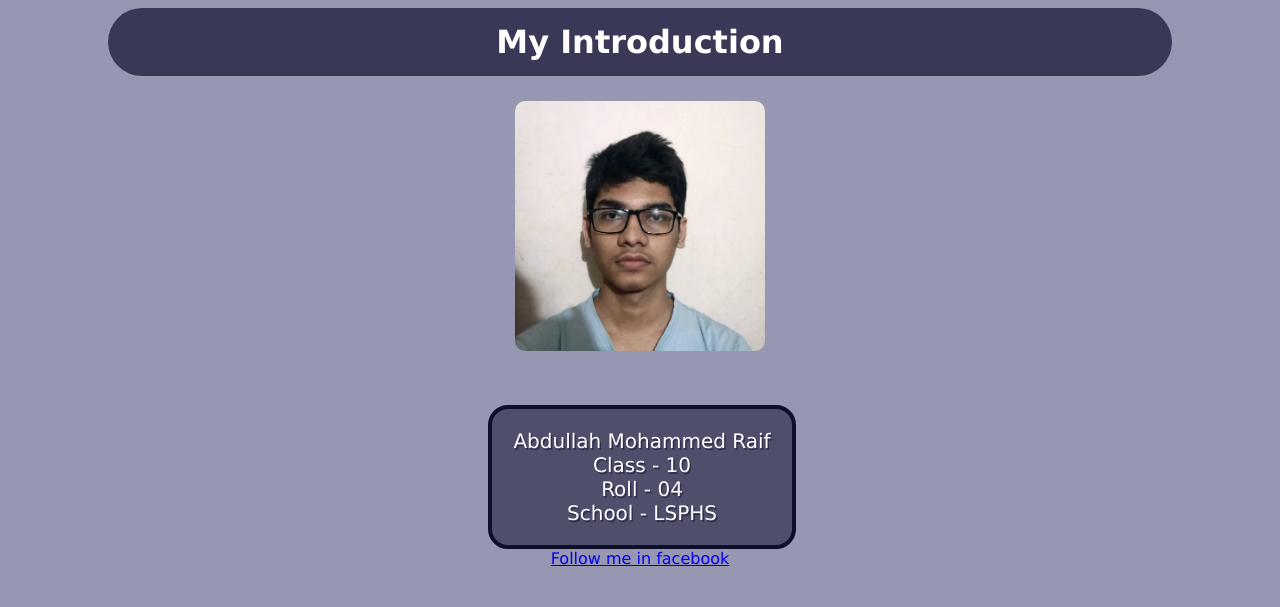
Repository: Raif-007/Portfolio
Page: index.html
These files come from the project's save history. The page is drawn as it stood at one moment and after the next save; the edit follows.
The browser window is 1280 px wide. The pictures show the whole page.

Above is the page before, as saved 2021-07-05 17:25:10.

After the next save:
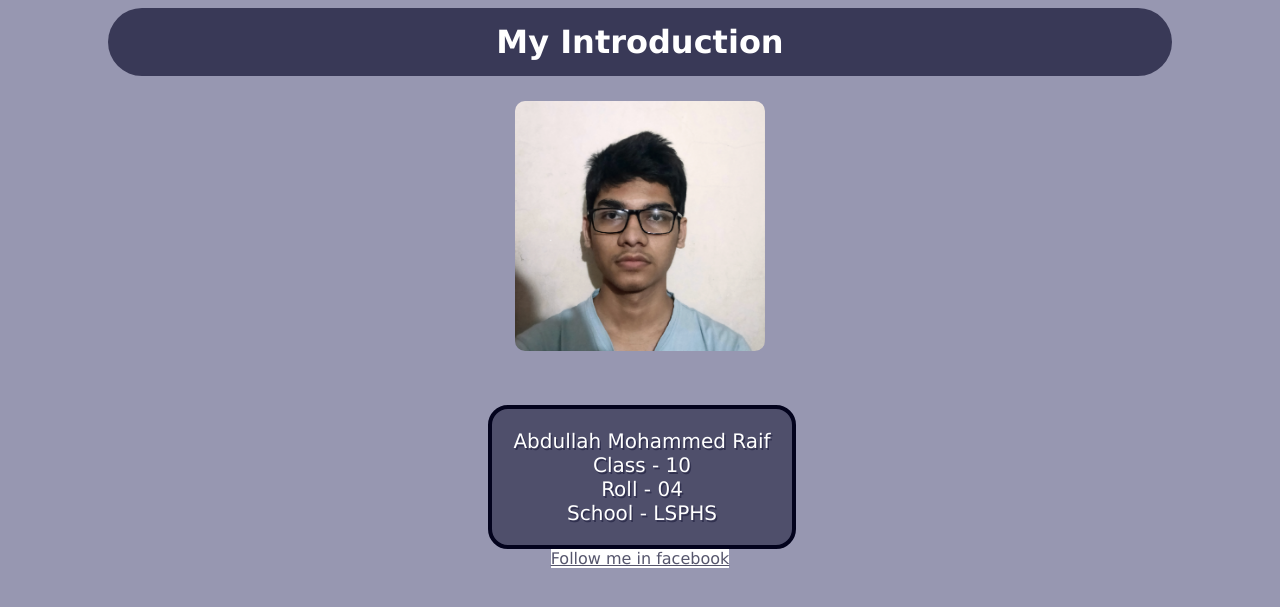
Saved 3 min 9 s later.
--- a/styles.css
+++ b/styles.css
@@ -14,7 +14,7 @@
 
             div {
                 font-size: 20px;
-                border: 4px solid rgb(15, 15, 43);
+                border: 4px solid rgb(3, 3, 29);
                 width: 300px;
                 margin-left: 480px;
                 margin-top: 50px;
@@ -29,3 +29,14 @@
                 margin-top: 25px;
                 border-radius: 10px;
             }
+
+            a:link {
+                background-color: #ffffff;
+                color: rgba(25, 25, 56, 0.74)
+            }
+
+            a:hover {}
+
+            a:visited {}
+
+            a:active {}
